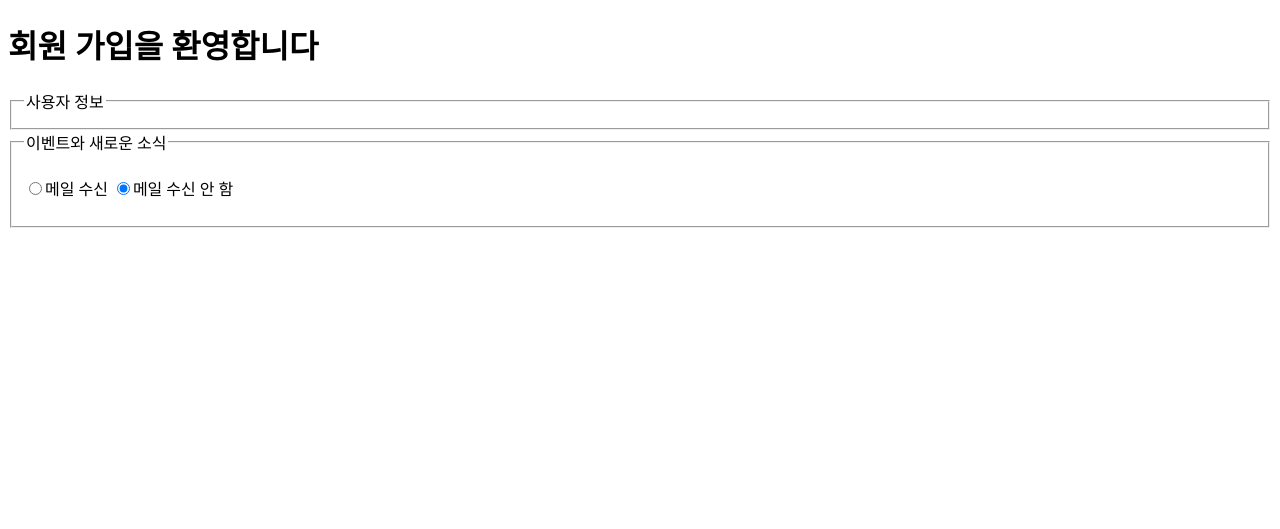
Repository: claddds/2023_webstudy
Page: 01_html/src/main/webapp/day04/ex03_test01.html
These files come from the project's save history. The page is drawn as it stood at one moment and after the next save; the edit follows.
The browser window is 1280 px wide. The pictures show the whole page.

Above is the page before, as saved 2023-06-22 03:11:52.

After the next save:
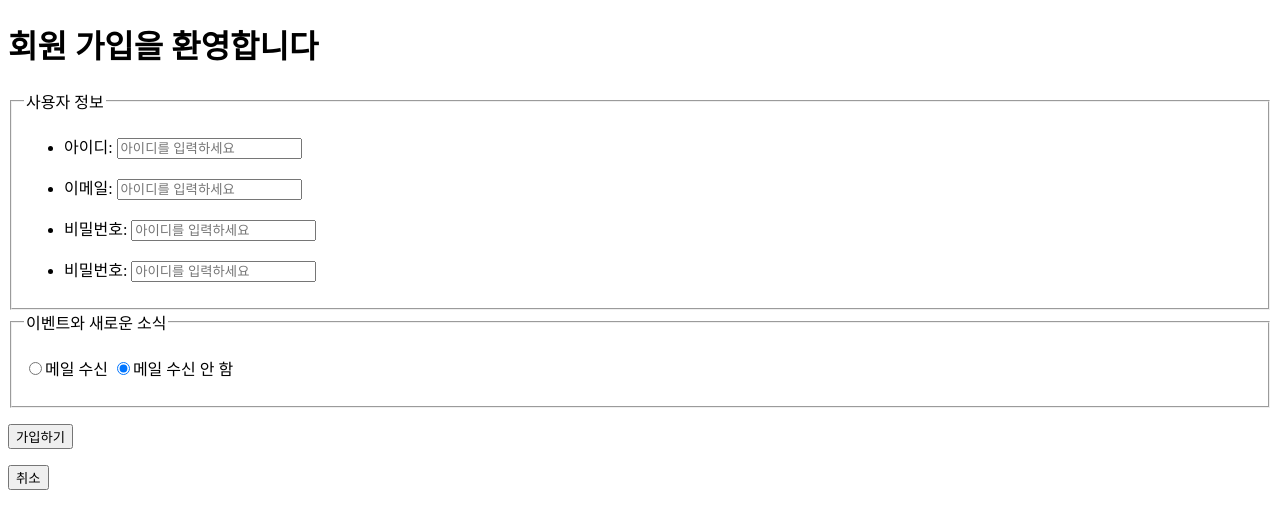
Saved 3 min 43 s later.
--- a/01_html/src/main/webapp/day04/ex03_test01.html
+++ b/01_html/src/main/webapp/day04/ex03_test01.html
@@ -9,6 +9,24 @@
 	<form action="ex03_test01.html">
 		<fieldset>
 			<legend>사용자 정보</legend>
+				<ul>
+					<li>
+						<p>아이디: <input type="text" name="id" placeholder="아이디를 입력하세요"
+									required maxlength="10"></p>
+					</li>
+					<li>
+						<p>이메일: <input type="text" name="id" placeholder="아이디를 입력하세요"
+									required maxlength="10"></p>
+					</li>
+					<li>
+						<p>비밀번호: <input type="text" name="id" placeholder="아이디를 입력하세요"
+									required maxlength="10"></p>
+					</li>
+					<li>
+						<p>비밀번호: <input type="text" name="id" placeholder="아이디를 입력하세요"
+									required maxlength="10"></p>
+					</li>
+				</ul>
 		</fieldset>
 		<fieldset>
 			<legend>이벤트와 새로운 소식</legend>
@@ -17,6 +35,8 @@
 					<input type="radio" name="mail" value="2" checked>메일 수신 안 함
 				</p>
 		</fieldset>
+		<p><input type="submit" value="가입하기"></p>
+		<p><input type="reset" value="취소"></p>
 	</form>
 </body>
 </html>
